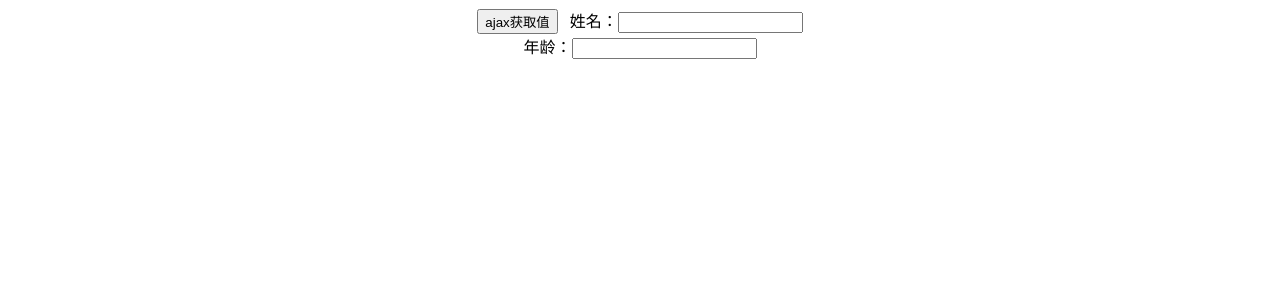
Repository: jsjchai/springmvc_study
Page: http://localhost/ajax03_json/
The author's editor kept a copy of each file at every save. The page is drawn from the files as they stood at one save, then again after the next save.
The browser window is 1280 px wide. The pictures show the whole page.
The page is served by Tomcat 9. Other server files are loaded and not shown.

Above is the page before, as saved 2015-04-08 07:09:36.

### springmvc/Ajax&Json/ajax03_json/WebContent/index.jsp
<%@ page language="java" contentType="text/html; charset=UTF-8"
    pageEncoding="UTF-8"%>
<!DOCTYPE html PUBLIC "-//W3C//DTD HTML 4.01 Transitional//EN" "http://www.w3.org/TR/html4/loose.dtd">
<html>
<head>
<meta http-equiv="Content-Type" content="text/html; charset=UTF-8">
<title>Ajax和Json</title>
<script type="text/javascript">
		function getNameAndAge() {
			var xmlHttp=new XMLHttpRequest();
			xmlHttp.open("get", "jsonServlet", true);
			xmlHttp.send();
			if(xmlHttp.readyState==4&&xmlHttp.status==200){
				alert(xmlHttp.responseText);
			}
		}
</script>
</head>
<body>
	<div style="text-align: center;">
		<div>
			<input type="button" id="button" value="ajax获取值" onchange="getNameAndAge()">&nbsp;&nbsp;
			姓名：<input type="text" name="name"><br>
			年龄：<input type="text" name="age">
		</div>
	</div>
</body>
</html>

After the next save:
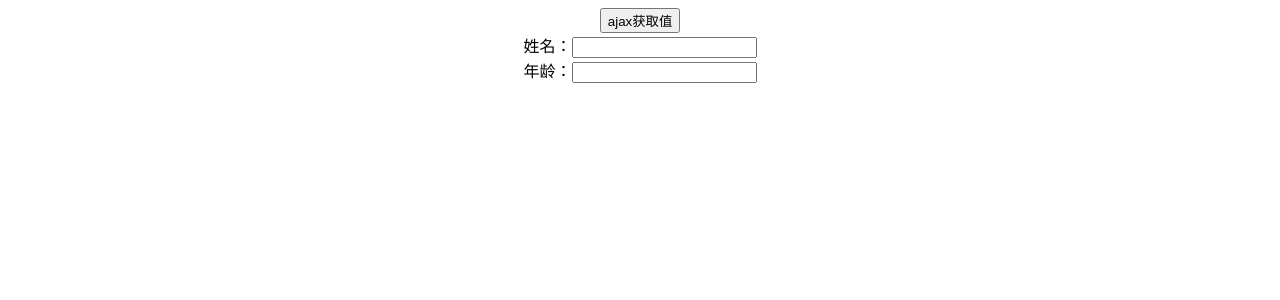
Saved 22 s later.
--- a/springmvc/Ajax&Json/ajax03_json/WebContent/index.jsp
+++ b/springmvc/Ajax&Json/ajax03_json/WebContent/index.jsp
@@ -19,7 +19,7 @@
 <body>
 	<div style="text-align: center;">
 		<div>
-			<input type="button" id="button" value="ajax获取值" onchange="getNameAndAge()">&nbsp;&nbsp;
+			<input type="button" id="button" value="ajax获取值" onchange="getNameAndAge()"><br>
 			姓名：<input type="text" name="name"><br>
 			年龄：<input type="text" name="age">
 		</div>
